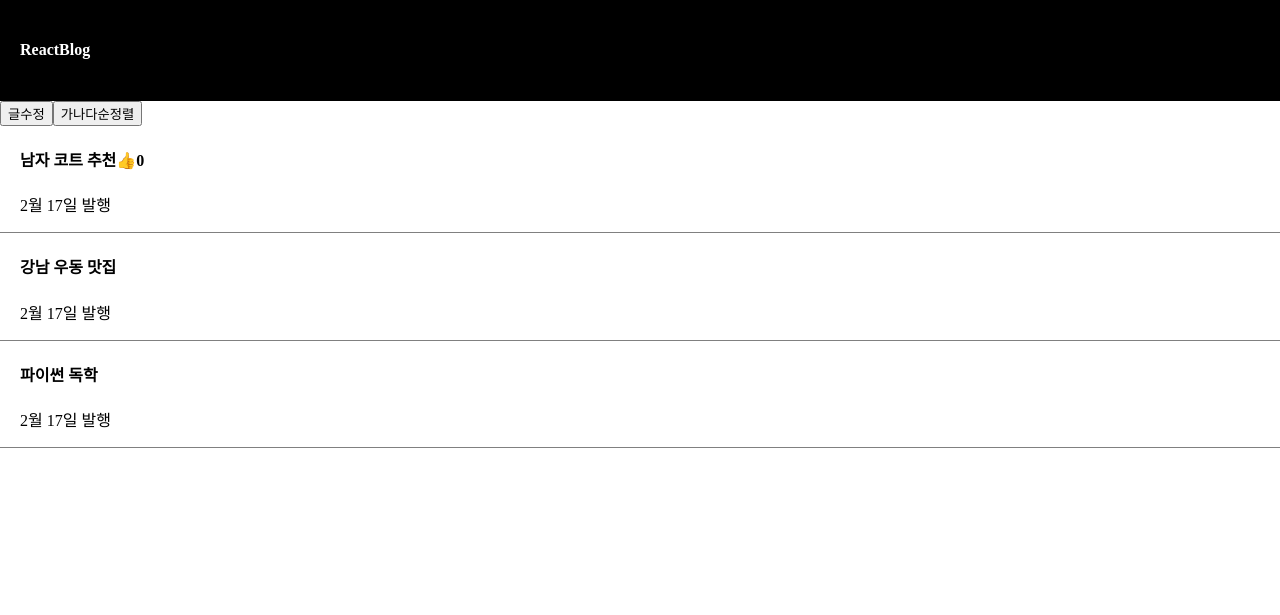
Repository: thinkseaweave/applecoding
Page: /
The author's editor kept a copy of each file at every save. The page is drawn from the files as they stood at one save, then again after the next save.
The browser window is 1280 px wide. The pictures show the whole page.
The project was rebuilt for these pictures with package versions that can differ from the ones it lists, and the page was loaded fresh each time. Also part of the build but not shown: vite.config.js, src/index.css.

Above is the page before, as saved 2025-01-26 14:55:37.

After the next save:
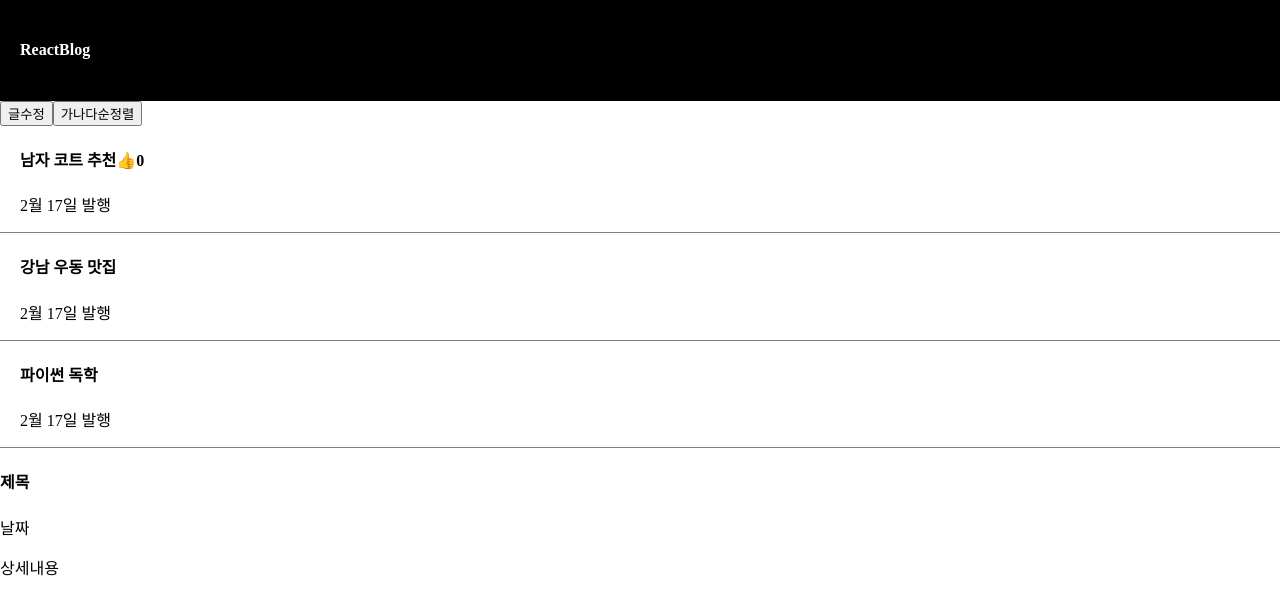
Saved 106 s later.
--- a/src/App.jsx
+++ b/src/App.jsx
@@ -64,6 +64,12 @@ function App() {
         <h4>{글제목[2]}</h4>
         <p> 2월 17일 발행</p>
       </div>
+
+      <div className="modal">
+        <h4>제목</h4>
+        <p>날짜</p>
+        <p>상세내용</p>
+      </div>
       {/* <h4 style={{ color: "blue", fontSize: "30px" }}>{post}</h4> */}
     </div>
   );
